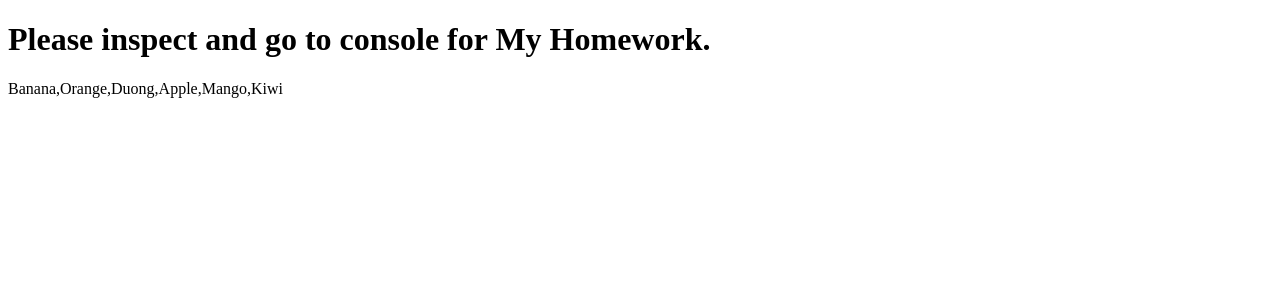
Repository: brightwhitesnow/brightwhitesnow.github.io
Page: Weba/lesson2/homeworkfiles/index.html
These files come from the project's save history. The page is drawn as it stood at one moment and after a run of saves; the edit follows.
The browser window is 1280 px wide. The pictures show the whole page.

Above is the page before, as saved 2021-04-18 10:38:53.

After the next 2 saves:
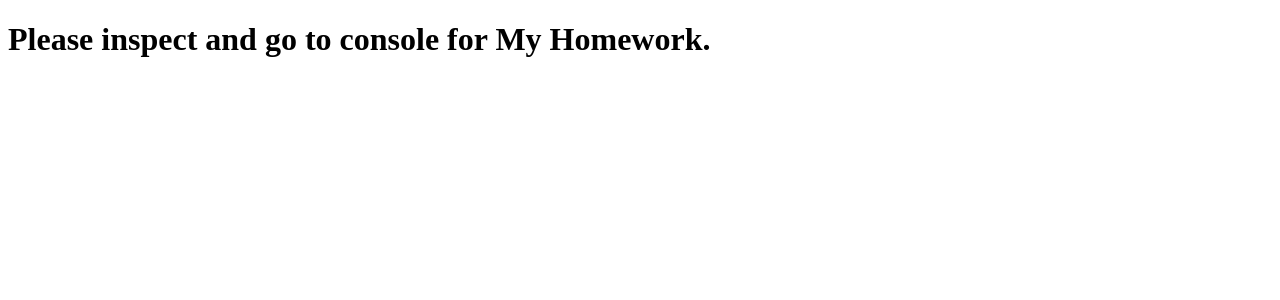
Console error: ReferenceError: array is not defined
The 2 saves are shown as one change because they came seconds apart.
The last was saved 23 s later.
--- a/Weba/lesson2/homeworkfiles/script.js
+++ b/Weba/lesson2/homeworkfiles/script.js
@@ -141,5 +141,5 @@
 var citrus = fruits;
 citrus.push("Kiwi");
 citrus[2] = "Duong";
-//array-name.pop();
+array-name.pop(5);
 document.getElementById("demo").innerHTML = citrus ;

After the 3 saves that followed:
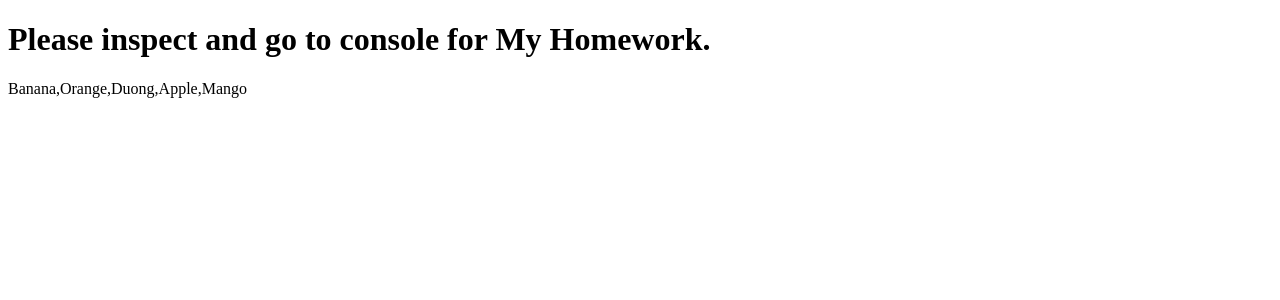
The error is gone.
The 3 saves are shown as one change because they came seconds apart.
The last was saved 12 s later.
--- a/Weba/lesson2/homeworkfiles/script.js
+++ b/Weba/lesson2/homeworkfiles/script.js
@@ -141,5 +141,5 @@
 var citrus = fruits;
 citrus.push("Kiwi");
 citrus[2] = "Duong";
-array-name.pop(5);
+citrus.pop(5);
 document.getElementById("demo").innerHTML = citrus ;
